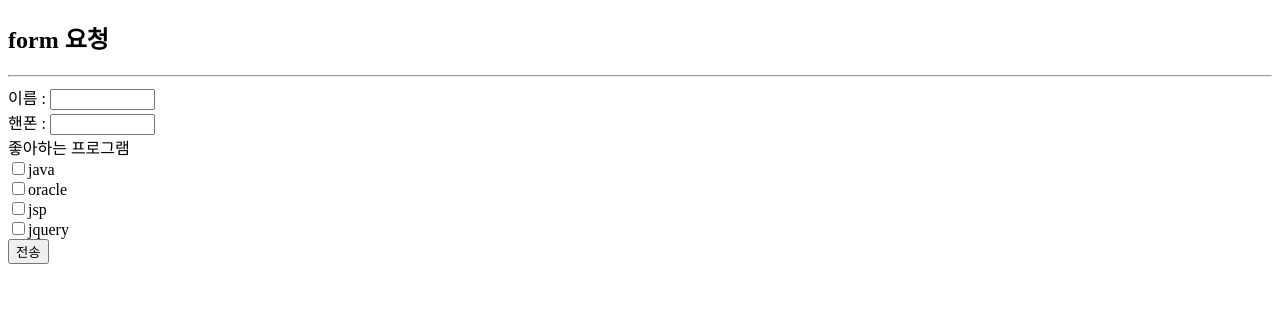
Repository: kimjoohye/study_WEB
Page: http://localhost/studyhtml5/jsp/j01/h07_form.jsp
An editor plug-in stored every save of this project. The page is shown before and after the next save, followed by the edit.
The browser window is 1280 px wide. The pictures show the whole page.
The page is served by Tomcat 9. Other server files are loaded and not shown.

Above is the page before, as saved 2022-05-13 03:20:21.

### workspace/studyhtml5/WebContent/jsp/j01/h07_form.jsp
<%@ page language="java" contentType="text/html; charset=UTF-8"
    pageEncoding="UTF-8"%>
<!DOCTYPE html>
<html>
<head>
<meta charset="UTF-8">
<title>Insert title here</title>
</head>
<body>
	<h2>form 요청</h2>
	<hr/>
	<!--
			http://localhost:8081/studyhtml5/jsp/j01/j07_form_request.jsp
			?userNm=d&userCell=s&lang=20
	 -->
	<form action="/studyhtml5/jsp/j01/j07_form_request.jsp" method="get">
	   이름 : <input type="text" name="userNm" size="10" /><br/>
	   핸폰 : <input type="text" name="userCell" size="10" /><br/>
	   좋아하는 프로그램<br/>
	  <input type="checkbox" name="lang" value="10">java<br/>
	  <input type="checkbox" name="lang" value="20">oracle<br/>
	  <input type="checkbox" name="lang" value="30">jsp<br/>
	  <input type="checkbox" name="lang" value="40">jquery<br/>
	  <input type="submit" value="전송">
	</form>

</body>
</html>

After the next save:
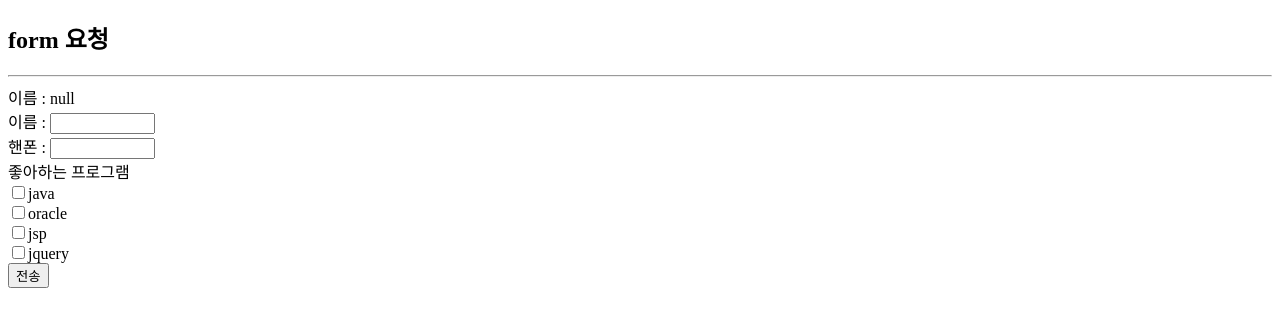
Saved 2 min 24 s later.
--- a/workspace/studyhtml5/WebContent/jsp/j01/h07_form.jsp
+++ b/workspace/studyhtml5/WebContent/jsp/j01/h07_form.jsp
@@ -9,6 +9,11 @@
 <body>
 	<h2>form 요청</h2>
 	<hr/>
+
+	<%
+	   String userNm = request.getParameter("userNm");
+	%>
+	이름 : <%=userNm %><br/>
 	<!--
 			http://localhost:8081/studyhtml5/jsp/j01/j07_form_request.jsp
 			?userNm=d&userCell=s&lang=20

After the save that followed:
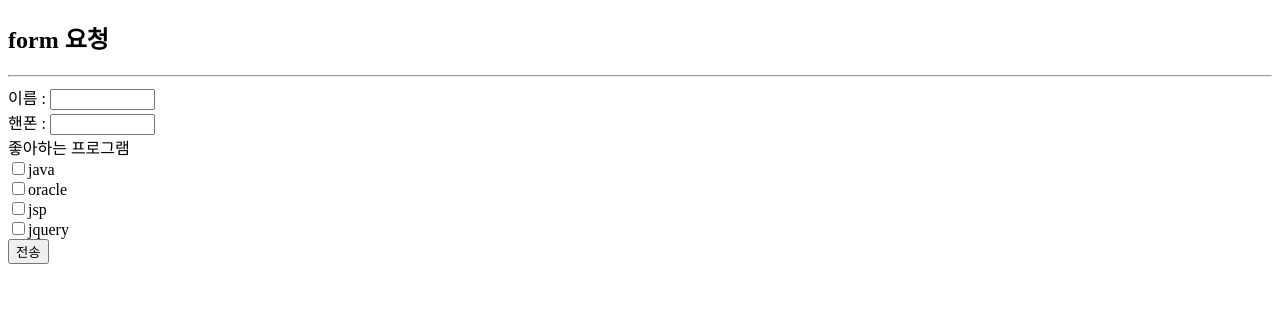
Saved 42 s later.
--- a/workspace/studyhtml5/WebContent/jsp/j01/h07_form.jsp
+++ b/workspace/studyhtml5/WebContent/jsp/j01/h07_form.jsp
@@ -10,10 +10,6 @@
 	<h2>form 요청</h2>
 	<hr/>
 
-	<%
-	   String userNm = request.getParameter("userNm");
-	%>
-	이름 : <%=userNm %><br/>
 	<!--
 			http://localhost:8081/studyhtml5/jsp/j01/j07_form_request.jsp
 			?userNm=d&userCell=s&lang=20
